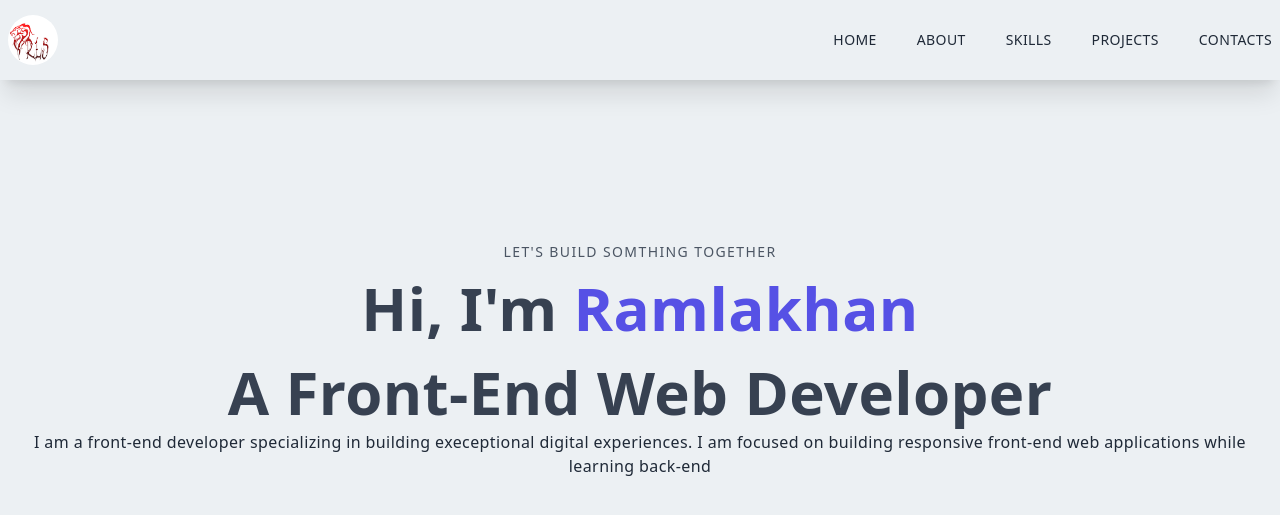
Repository: ram2642/portfolio-using-next-js
Page: /
An editor plug-in stored every save of this project. The page is shown before and after the next save, followed by the edit.
The browser window is 1280 px wide. The pictures show the whole page.
The project was rebuilt for these pictures with package versions that can differ from the ones it lists, and the page was loaded fresh each time. The framework's server and built-in components were replaced by stand-ins that run in the browser. Also part of the build but not shown: next.config.js.

Above is the page before, as saved 2022-09-04 01:56:32.

After the next save:
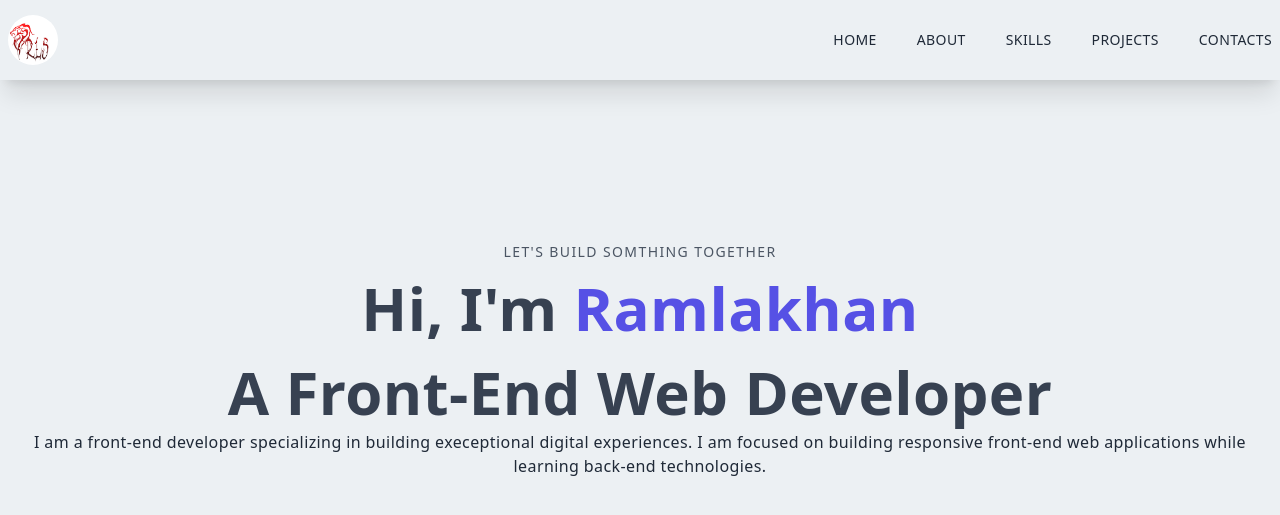
Saved 4 s later.
--- a/components/Main.jsx
+++ b/components/Main.jsx
@@ -13,7 +13,7 @@ const Main = () => {
         A Front-End Web Developer
       </h1>
       <p>
-        I am a front-end developer specializing in building execeptional digital experiences. I am focused on building responsive front-end web applications while learning back-end
+        I am a front-end developer specializing in building execeptional digital experiences. I am focused on building responsive front-end web applications while learning back-end technologies.
       </p>
     </div>
 
